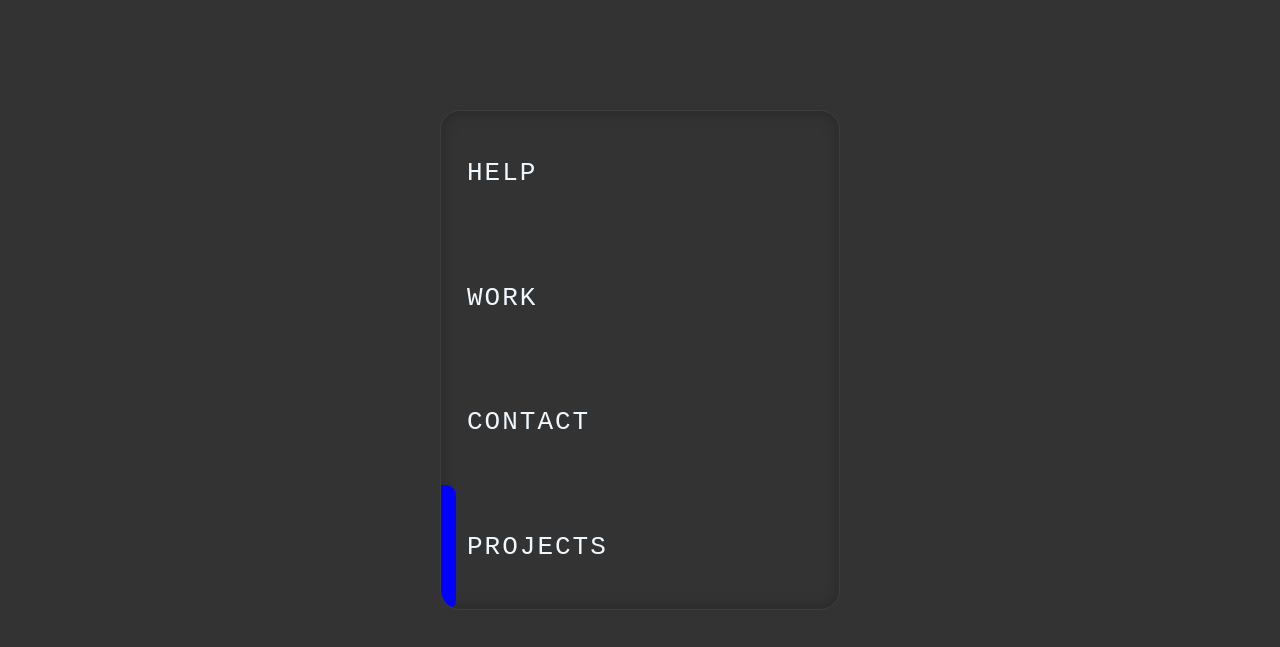
Repository: Rostyk-qq/Projects_Web
Page: menuRanLine/ranLine.html
An editor plug-in stored every save of this project. The page is shown before and after the next save, followed by the edit.
The browser window is 1280 px wide. The pictures show the whole page.

Above is the page before, as saved 2023-09-30 03:08:25.

### menuRanLine/ranLine.html
<!DOCTYPE html>
<html lang="en">
<head>
    <meta charset="UTF-8">
    <meta name="viewport" content="width=device-width, initial-scale=1.0">
    <link rel="stylesheet" href="./ranLine.css">
    <title>Document</title>
</head>
<body>
    <div class="wrapper">
        <ul class="menu">
            <li data-active-color="red" class="menu__list">
                <a href="#" class="menu__link">Help</a>
            </li>
            <li data-active-color="yellow"  class="menu__list">
                <a href="#" class="menu__link">Work</a>
            </li>
            <li data-active-color="green"  class="menu__list">
                <a href="#" class="menu__link">Contact</a>
            </li>
            <li data-active-color="blue"  class="menu__list _active">
                <a href="#" class="menu__link">Projects</a>
            </li>

            <div class="container__line">
                <div class="line"></div>
            </div>
        </ul>
    </div>
    <script src="./ranLine.js" ></script>
</body>
</html>

### menuRanLine/ranLine.css
*{
    margin: 0;
    padding: 0;
    box-sizing: border-box;
}
body{
    width: 100vw;
    height: 100vh;
    overflow: hidden;
}
.wrapper {
    width: 100%;
    height: 100%;
    display: grid;
    place-items: center;
    background-color: #333;
 }
.menu {
    position: relative;
    padding: 0;
    display: flex;
    flex-direction: column;
    flex-wrap: wrap;
    width: 400px;
    height: 500px;
    border-radius: 20px;
    overflow: hidden;
}
.menu__list {
    list-style-type: none;
    width: 100%;
    height: 25%;
    display: flex;
    align-items: center;
}

.menu__link {
    text-transform: uppercase;
    text-decoration: none;
    letter-spacing: 2px;
    color: aliceblue;
    padding-left: 26px;
    font-size: 26px;
    font-family: 'Courier New', Courier, monospace;
}
.container__line {
    position: absolute;
    left: 0;
    top: 0;
    width: 15px;
    height: 100%;
}
.line {
    position: absolute;
    top: 0;
    left: 0;
    width: 100%;
    border-radius: 0px 10px 10px 0px;
}

.menu{
    border: 1px solid transparent;
    box-shadow: inset 0px 0px 15px 0px transparent;
}
.loaded .menu {
    border: 1px solid rgba(255, 255, 255, 0.05);
    box-shadow: inset 0px 0px 15px 0px rgb(0, 0, 0, 0.25);
    transition: all 1.2s ease;
}
.menu__link{
    transform: translateX(-100%);
}
.loaded .menu__link{
    transform: translateX(0%);
    transition: transform 1.2s ease;
}
.loaded .menu__list:nth-child(1) .menu__link{
    transition-delay: .5s;
}
.loaded .menu__list:nth-child(2) .menu__link{
    transition-delay: .7s;
}
.loaded .menu__list:nth-child(3) .menu__link{
    transition-delay: .9s;
}
.loaded .menu__list:nth-child(4) .menu__link{
    transition-delay: 1.1s;
}
.container__line .line{
    transform: translateX(-100%);
}
.loaded .container__line .line{
    transform: translateX(0%);
    transition: transform 2s ease;
    transition-delay: 1s;
}

### menuRanLine/ranLine.js

window.addEventListener('load', windowLoad);

function windowLoad(e) {
    document.documentElement.classList.add('loaded');

    const menu = document.querySelector('ul.menu');
    let menuActiveElement;

    if(menu){
        menuActiveElement = document.querySelector('.container__line .line')
        const menuActiveItem = menu.querySelector('.menu__list._active')

        menuActiveItem ? setStyles(menuActiveItem) : null;
        menu.addEventListener('click', effectCreate)
    }
    function effectCreate(e){
        const target = e.target;

        if(target.closest('.menu__list')){
            const getItem = target.closest('.menu__list');
            const getItemActive = menu.closest('.menu__list._active');

            if(!getItem.classList.contains('_active')){
                getItemActive ? getItemActive.classList.remove('_active') : null;
            }
            setStyles(getItem)
            e.preventDefault();
        }
    }
    function setStyles(menuActiveItem) {
        menuActiveItem.classList.add('_active')
        menuActiveElement.style.cssText = `
            height: ${menuActiveItem.offsetHeight}px;
            top: ${menuActiveItem.offsetTop}px;
            background-color: ${menuActiveItem.dataset.activeColor};
            transition: all 1s ease;
        `
    }
}

After the next save:
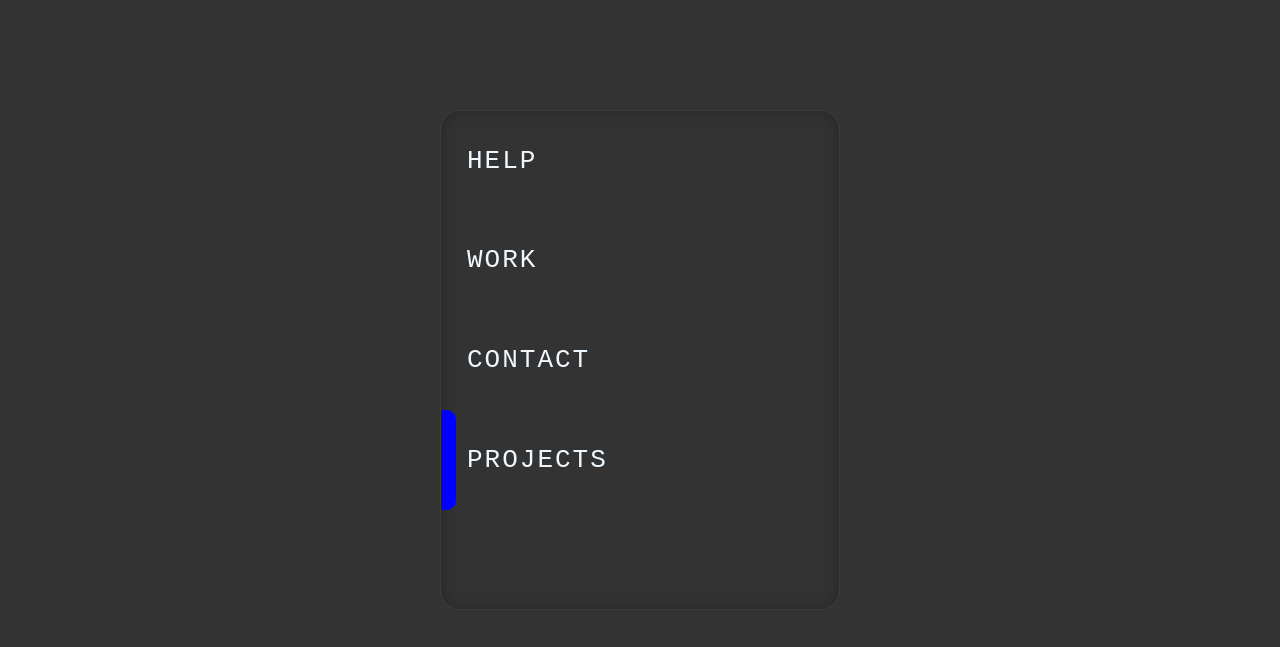
Saved 22 s later.
--- a/menuRanLine/ranLine.css
+++ b/menuRanLine/ranLine.css
@@ -29,7 +29,7 @@
 .menu__list {
     list-style-type: none;
     width: 100%;
-    height: 25%;
+    height: 20%;
     display: flex;
     align-items: center;
 }
